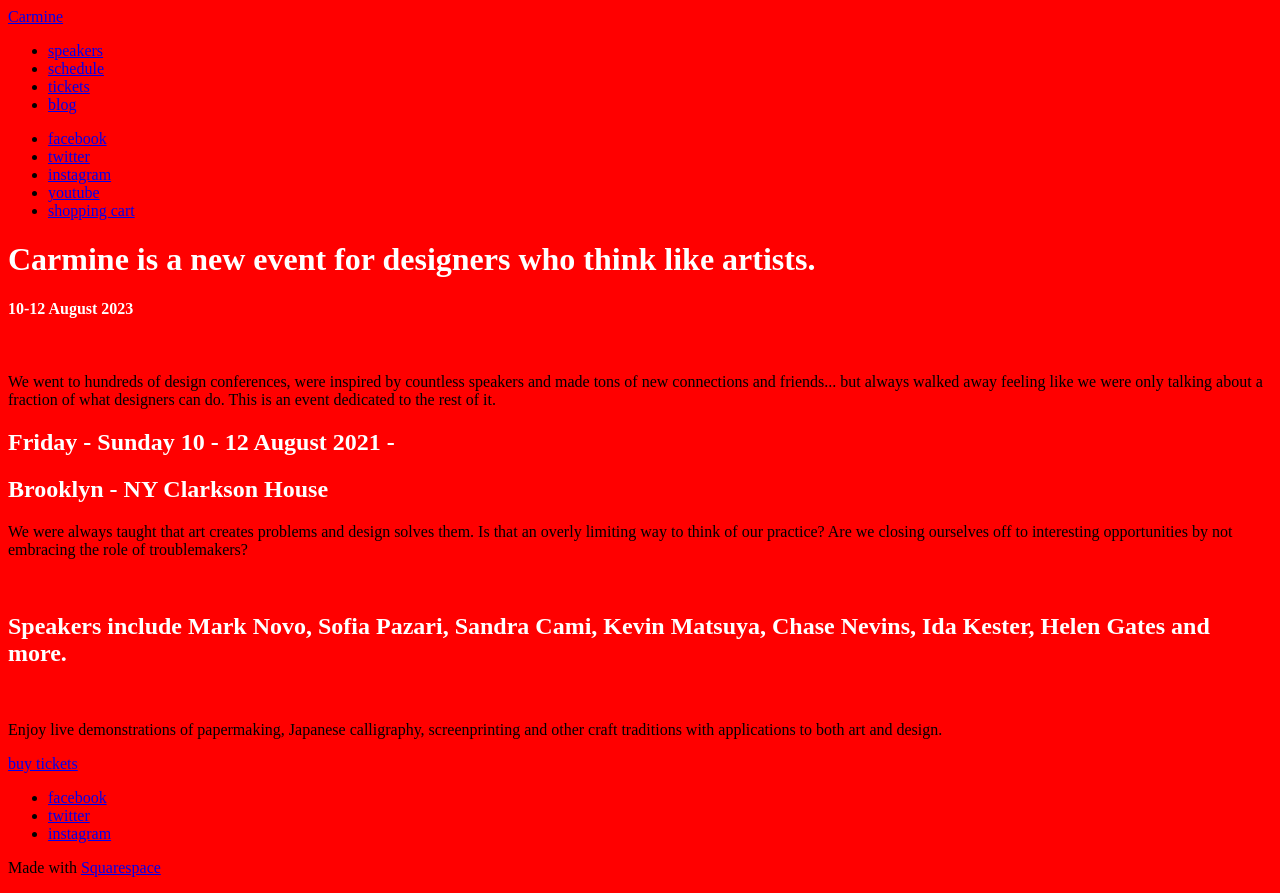
Repository: latenightsnacc/HTML-LESSONS
Page: Course/Projects/Carmine/index.html
The author's editor kept a copy of each file at every save. The page is drawn from the files as they stood at one save, then again after the next save.
The browser window is 1280 px wide. The pictures show the whole page.

Above is the page before, as saved 2021-10-07 12:11:23.

### Course/Projects/Carmine/index.html
<!DOCTYPE html>
<html lang="en">
<head>
    <meta charset="UTF-8">
    <meta http-equiv="X-UA-Compatible" content="IE=edge">
    <meta name="viewport" content="width=device-width, initial-scale=1.0">
    <!--External CSS FILE-->
    <link rel="stylesheet" href="stylesheet.css" />

    <title>Carmine</title>

    <!--Embedded CSS-->
    <style>
        body {
            background-color: red;
        }
        h1,h2,h4 {
            color: white;
        }
    </style>
</head>
<body>
   <!--Header-->
   <header>
       <!--Navigation Bar-->
       <nav>
           <!--Logo-->
           <a href="index.html">
               <div>Carmine</div>
           </a>
           <!--Menu-->
           <div>
               <!--Navigation Menu-->
               <ul>
                    <li>
                        <a href="#">speakers</a>
                    </li>
                    <li>
                        <a href="#">schedule</a>
                    </li>
                    <li>
                        <a href="#">tickets</a>
                    </li>
                    <li>
                        <a href="#">blog</a>
                    </li>
                </ul>
               <!--Social Icons Menu-->
               <ul>
                   <li>
                       <a href="#">facebook</a>
                   </li>
                   <li>
                       <a href="#">twitter</a>
                   </li>
                   <li>
                       <a href="#">instagram</a>
                   </li>
                   <li>
                       <a href="#">youtube</a>
                   </li>
                   <li>
                       <a href="#">shopping cart</a>
                   </li>
               </ul>
           </div>
       </nav>
   </header>
   <!--Page Content-->
   <main>
       <!--Large Text Banner-->
       <div>
           <h1>Carmine is a new event for designers who think like artists.</h1>
            <h4>10-12 August 2023</h4>
        </div>
        <!--Section-->
        <section>
            <!--Image-->
            <div>
                <img src="#" alt=""/>
            </div>
            <!--Text-->
            <div>
                <p>We went to hundreds of design conferences, were inspired by countless speakers and made tons of new connections and friends... but always walked away feeling like we were only talking about a fraction of what designers can do. This is an event dedicated to the rest of it.</p>
            </div>
        </section>
        <!--Another Section-->
        <section>
            <!--Large Text-->
            <div>
                <h2>Friday - Sunday 10 - 12 August 2021 -</h2>
                <h2>Brooklyn - NY Clarkson House</h2>
            </div>
            <!--Inner Section-->
            <div>
                <!--Text-->
                <div>
                    <p>We were always taught that art creates problems and design solves them. Is that an overly limiting way to think of our practice? Are we closing ourselves off to interesting opportunities by not embracing the role of troublemakers?</p>
                </div>
                <!--Image-->
                <div>
                    <img src="#" alt="">
                </div>
            </div>

        </section>
        <!--Another Section-->
        <section>
            <!--Large Text-->
            <div>
                <h2>Speakers include Mark Novo, Sofia Pazari, Sandra Cami, Kevin Matsuya, Chase Nevins, Ida Kester, Helen Gates and more.</h2>
            </div>
            <!--Inner Section-->
            <div>
                <!--Image-->
                <div>
                    <img src="" alt="">
                </div>
                <!--Text-->
                <div>
                    <p>Enjoy live demonstrations of papermaking, Japanese calligraphy, screenprinting and other craft traditions with applications to both art and design.</p>
                </div>
            </div>
        </section>
        <!--CTA Section-->
        <section>
            <div>
                <a href="#">buy tickets</a>
            </div>
        </section>
   </main>
   <!--Footer-->
   <footer>
       <!--Social Menu-->
       <div>
           <ul>
               <li>
                   <a href="#">facebook</a>
               </li>
               <li>
                   <a href="#">twitter</a>
               </li>
               <li>
                   <a href="#">instagram</a>
               </li>
           </ul>
       </div>
       <!--Copyright Text-->
       <p>Made with <a href="#">Squarespace</a></p>
   </footer>
</body>
</html>

Loaded but not shown: Course/Projects/Carmine/stylesheet.css (common file)

After the next save:
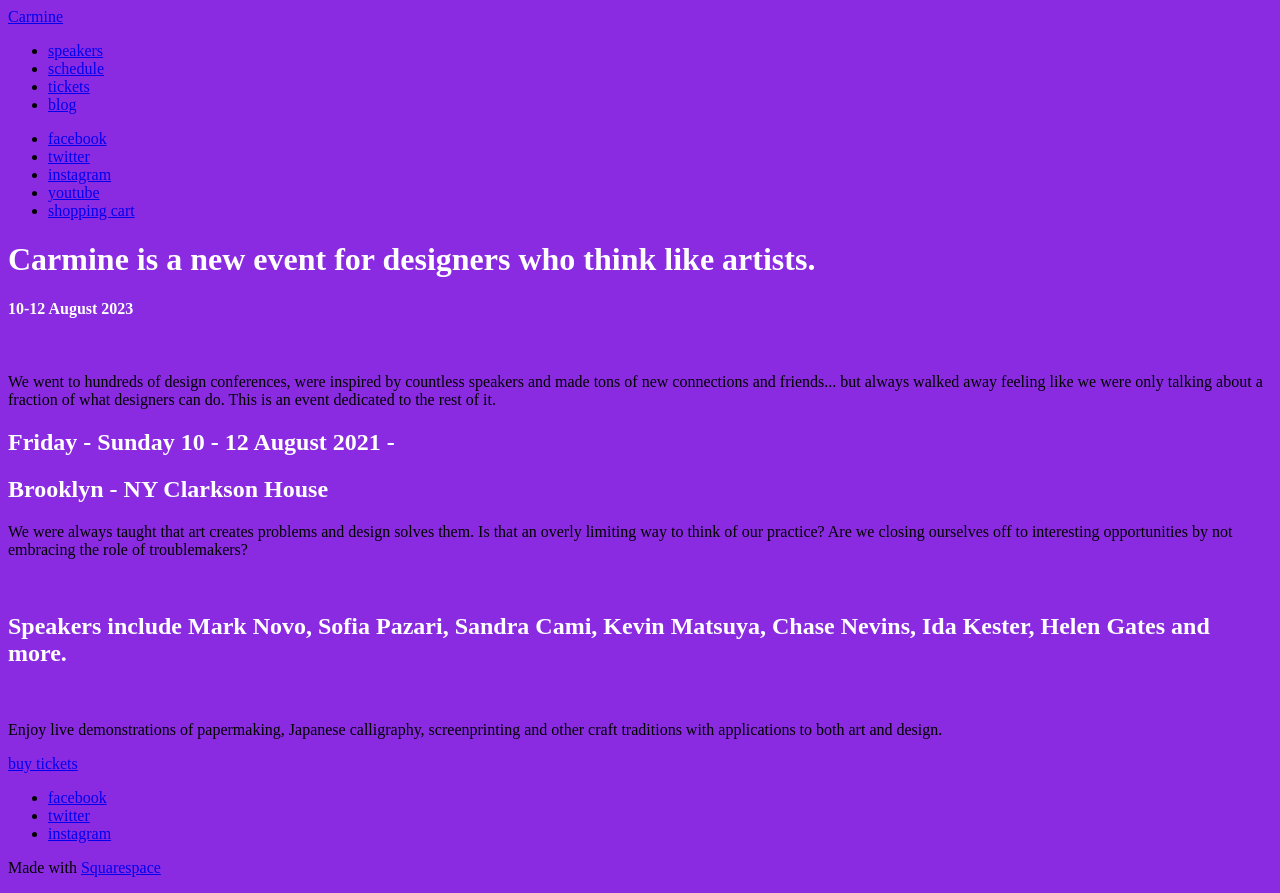
Saved 68 s later.
--- a/Course/Projects/Carmine/index.html
+++ b/Course/Projects/Carmine/index.html
@@ -19,7 +19,7 @@
         }
     </style>
 </head>
-<body>
+<body style="background-color: blueviolet;">
    <!--Header-->
    <header>
        <!--Navigation Bar-->

After the save that followed:
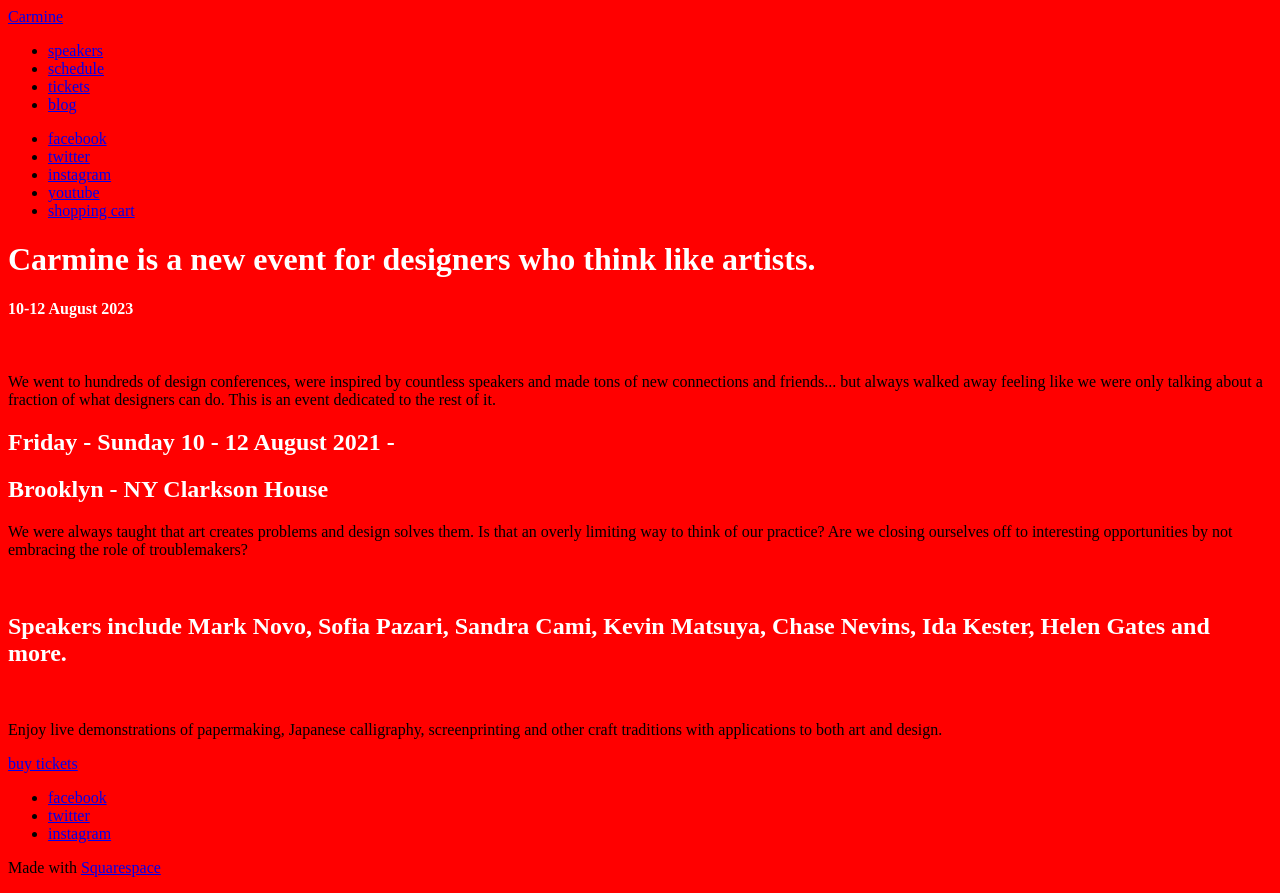
Saved 69 s later.
--- a/Course/Projects/Carmine/index.html
+++ b/Course/Projects/Carmine/index.html
@@ -19,7 +19,7 @@
         }
     </style>
 </head>
-<body style="background-color: blueviolet;">
+<body>
    <!--Header-->
    <header>
        <!--Navigation Bar-->
